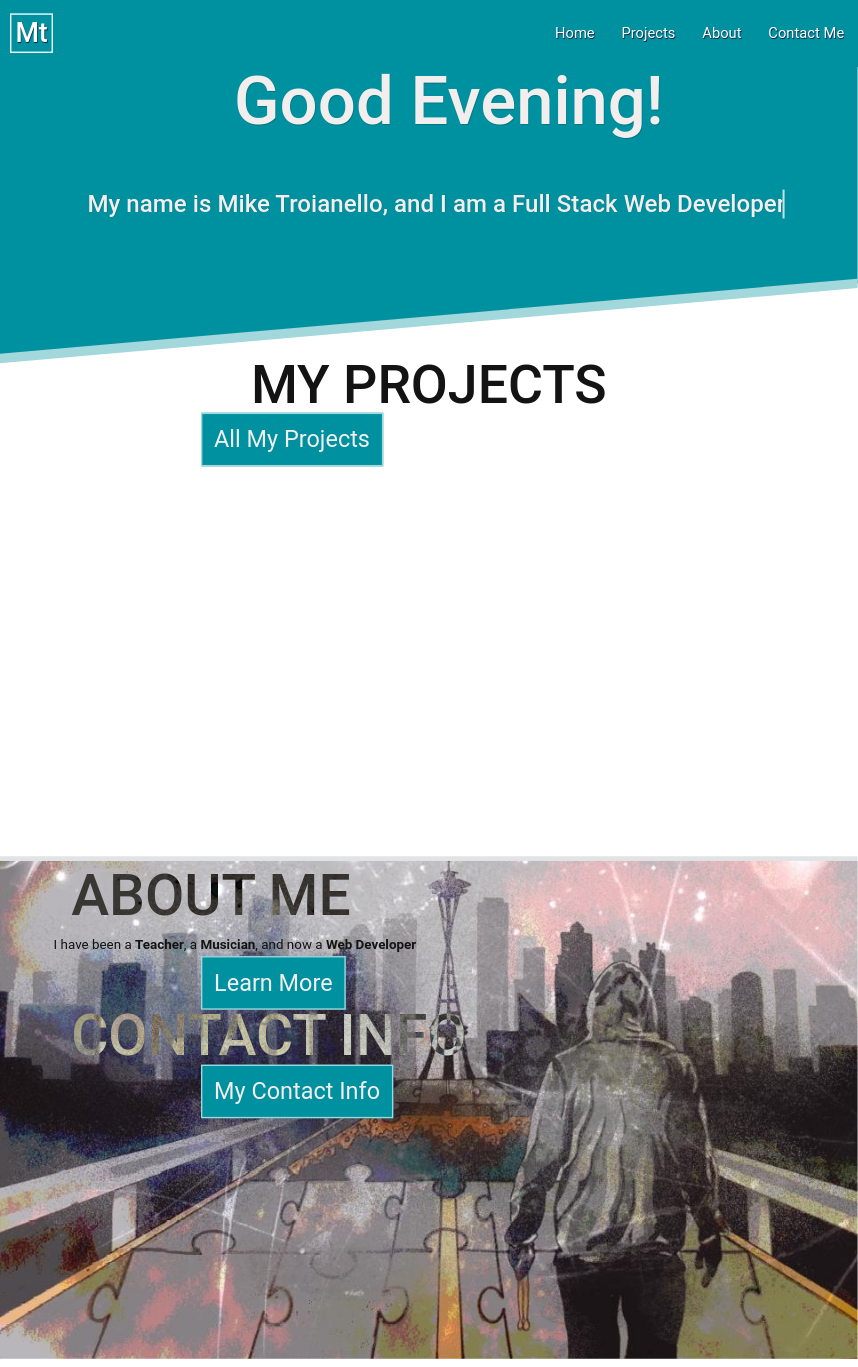
Repository: MikeTroianello/troianello
Page: /
An editor plug-in stored every save of this project. The page is shown before and after the next save, followed by the edit.
The browser window is 1280 px wide. The pictures show the whole page, at 67% of full size.
The project was rebuilt for these pictures with package versions that can differ from the ones it lists, and the page was loaded fresh each time. Also part of the build but not shown: src/components/locations/About.js, src/components/cards/RainbowDay.js, src/components/cards/CanvasBubbles.js, src/components/cards/projectCard.css, src/components/cards/projectCardMobile.css, src/components/cards/ProjectCard.js, src/components/locations/Projects.js, src/components/locations/Contact.js and 1 more.

Above is the page before, as saved 2019-08-01 14:21:57.

After the next save:
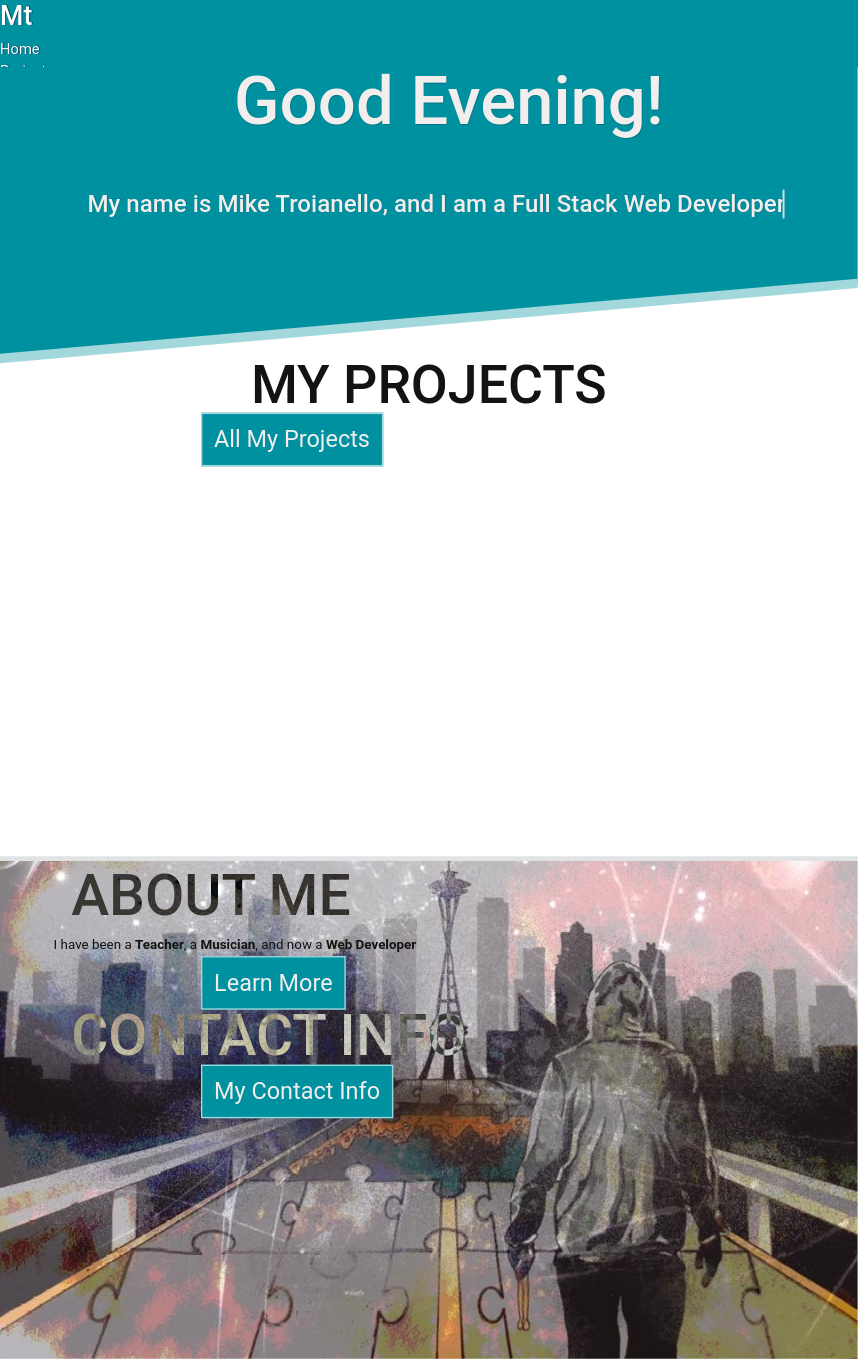
Saved 15 min 3 s later.
--- a/src/App.css
+++ b/src/App.css
@@ -356,8 +356,8 @@
 /* COLOR SCHEME REMAINING CLASSES DON'T DELETE YET!!!! */
 
 .container-fluid {
-  height: 500px;
-}
+  /* height: 500px;
+} */
 
 /* .row {
   height: 500px;

After the save that followed:
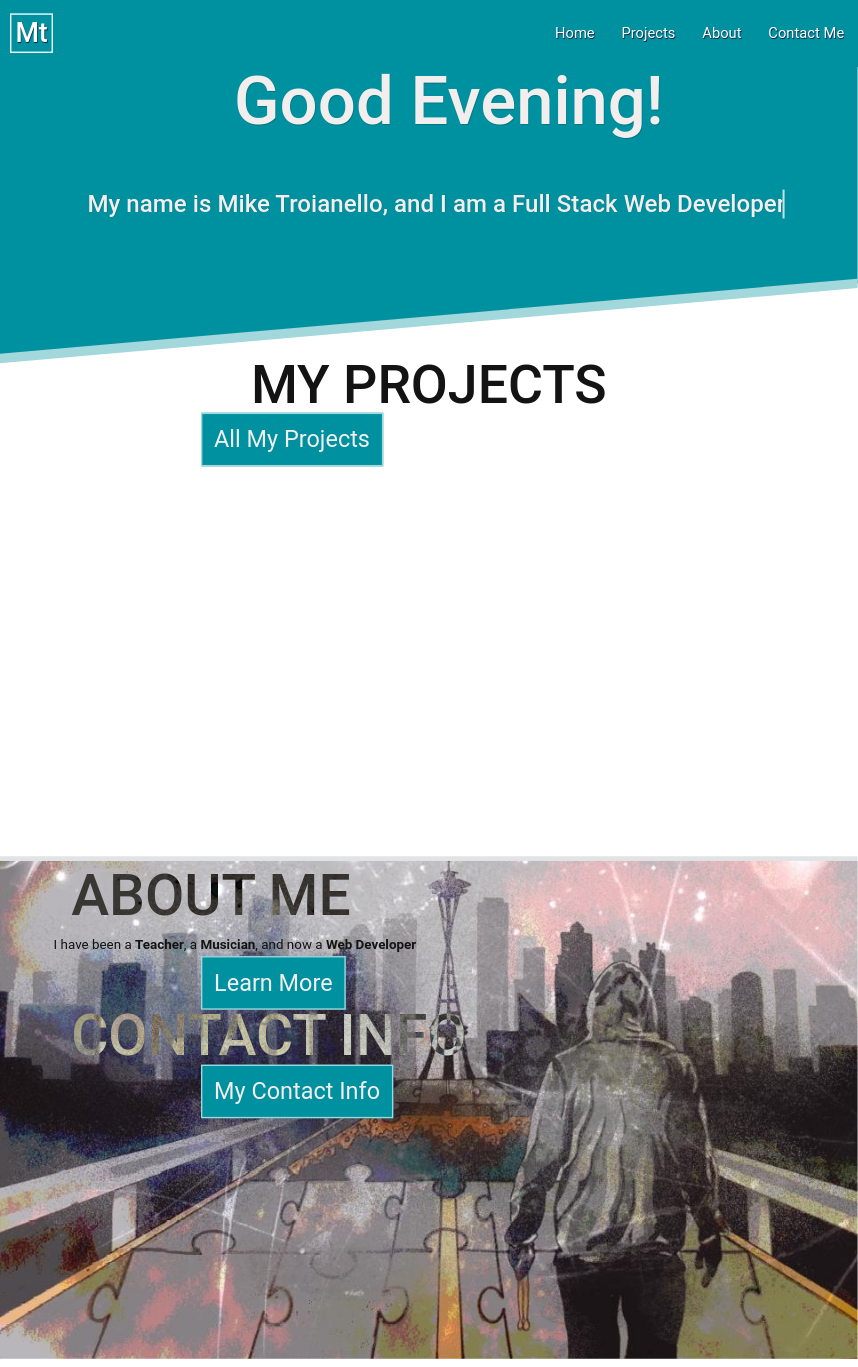
Saved 24 s later.
--- a/src/App.css
+++ b/src/App.css
@@ -355,8 +355,8 @@
 
 /* COLOR SCHEME REMAINING CLASSES DON'T DELETE YET!!!! */
 
-.container-fluid {
-  /* height: 500px;
+/* .container-fluid {
+  height: 500px;
 } */
 
 /* .row {
